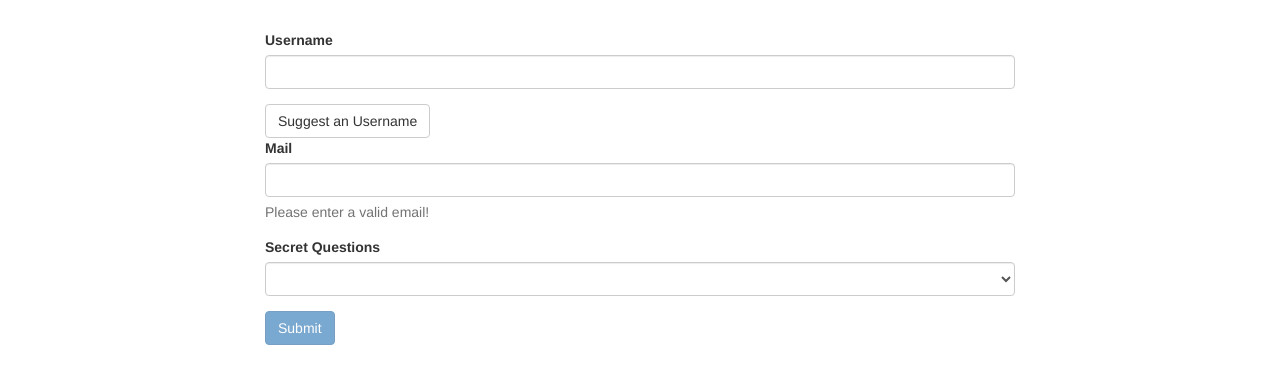
Repository: NikitasX/AngularCourse
Page: / (app in forms-start/)
The author's editor kept a copy of each file at every save. The page is drawn from the files as they stood at one save, then again after a run of saves.
The browser window is 1280 px wide. The pictures show the whole page.
The project was rebuilt for these pictures with package versions that can differ from the ones it lists, and the page was loaded fresh each time. Also part of the build but not shown: forms-start/angular.json.

Above is the page before, as saved 2020-09-25 15:37:14.

After the next 2 saves:
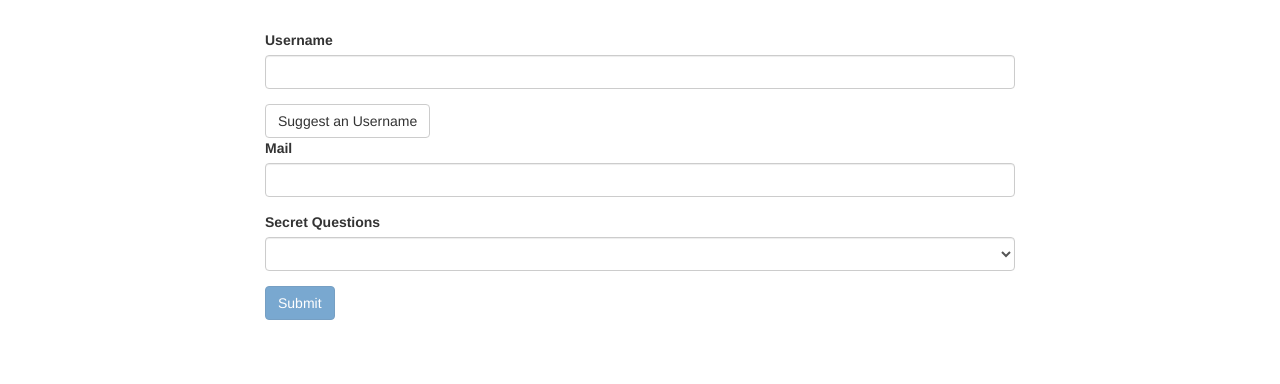
The 2 saves are shown as one change because they came seconds apart.
The last was saved 30 s later.
--- a/forms-start/src/app/app.component.html
+++ b/forms-start/src/app/app.component.html
@@ -25,7 +25,9 @@
               required
               email
               #email="ngModel">
-             <span class="help-block">Please enter a valid email!</span>
+             <span
+              class="help-block"
+              *n>Please enter a valid email!</span>
           </div>
         </div>
         <div class="form-group">

After the 5 saves that followed:
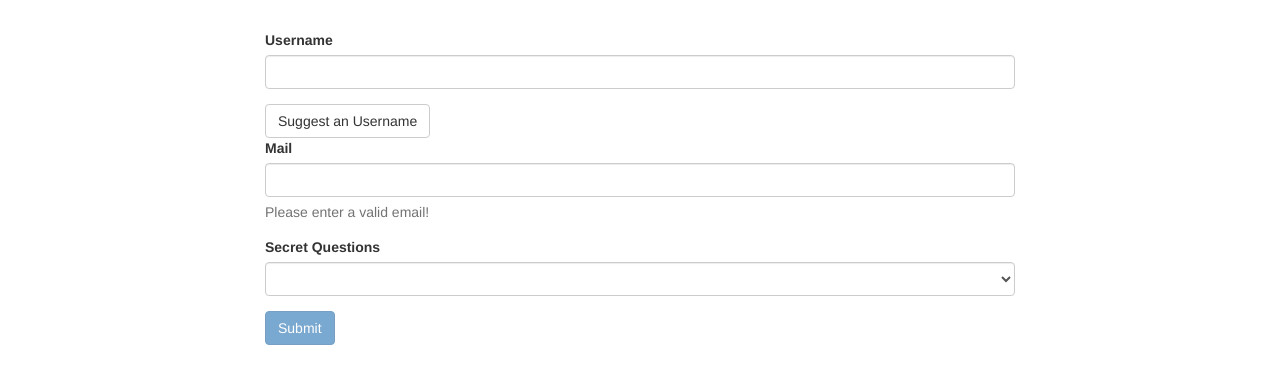
The 5 saves are shown as one change because they came seconds apart.
The last was saved 13 s later.
--- a/forms-start/src/app/app.component.html
+++ b/forms-start/src/app/app.component.html
@@ -27,7 +27,9 @@
               #email="ngModel">
              <span
               class="help-block"
-              *n>Please enter a valid email!</span>
+              *ngIf="!email.valid">
+                Please enter a valid email!
+              </span>
           </div>
         </div>
         <div class="form-group">
